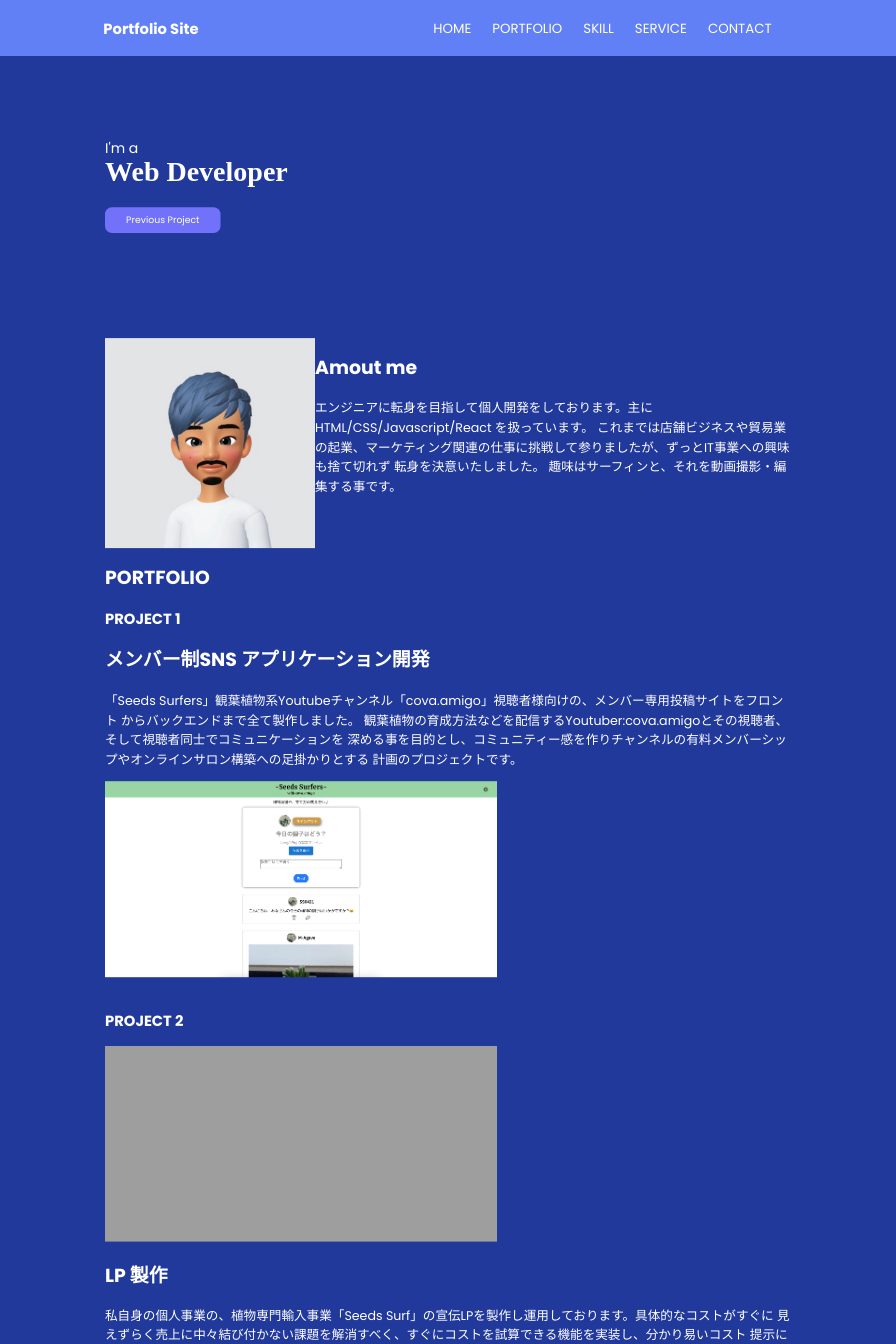
Repository: Seiya00002/my-portfolio-website2
Page: /
These files come from the project's save history. The page is drawn as it stood at one moment and after the next save; the edit follows.
The browser window is 1280 px wide. The pictures show the part of the page from y = 0 to 1920 px (the page is 3987 px tall), at 70% of full size.
Pictures or frames that could not be fetched are drawn as grey boxes. Some web fonts or font styles are not loaded; a fallback is used. The project was rebuilt for these pictures with package versions that can differ from the ones it lists, and the page was loaded fresh each time.

Above is the page before, as saved 2023-09-24 08:15:54.

After the next save:
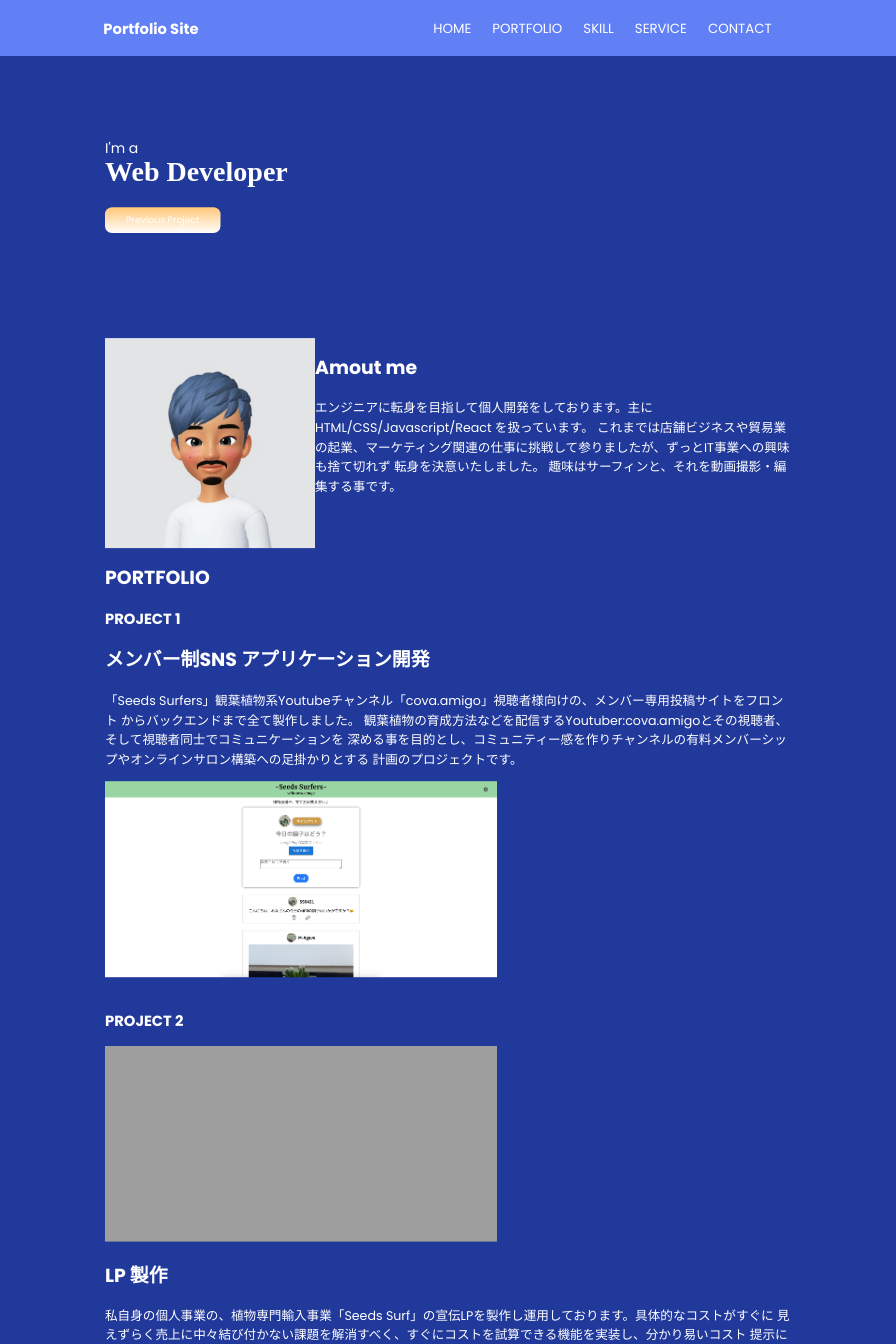
Saved 7 min 53 s later.
--- a/src/App.css
+++ b/src/App.css
@@ -69,7 +69,7 @@
   text-align    : center;      /* 文字位置   */
   cursor        : pointer;     /* カーソル   */
   padding       : 12px 30px;   /* 余白       */
-  background    : #7171f9;     /* 背景色     */
+  background: linear-gradient(to bottom, #FFC778, #FFF);
   color         : #ffffff;     /* 文字色     */
   line-height   : 1em;         /* 1行の高さ  */
   transition    : .3s;         /* なめらか変化 */
